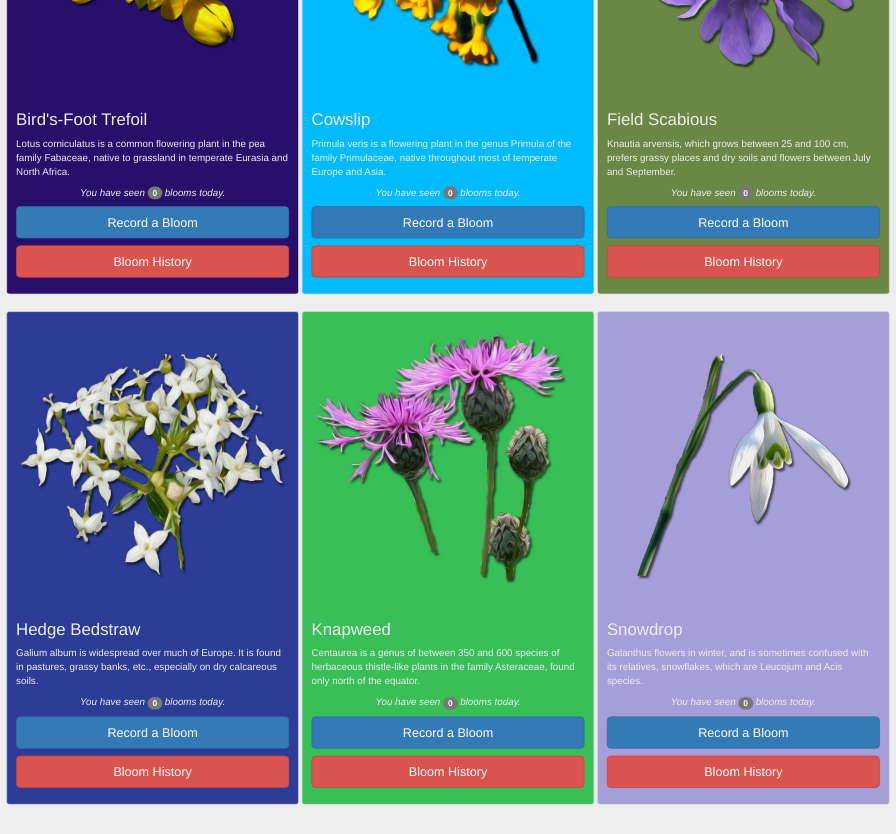
Repository: cachao/clh-flowerspotter
Page: clh-flowerspotter.html
The author's editor kept a record of every edit. The page is drawn from the files as they stood at one moment, then again after the next edit.
The browser window is 1280 px wide. The pictures show the part of the page from y = 831 to 2751 px (the page is 2023 px tall before and 2751 px after), at 70% of full size.
Some web libraries are served in a nearby version.

Above is the page before.
Console error: SyntaxError: Unexpected token '}'

### clh-flowerspotter.html
<!DOCTYPE html>
<html lang="en-us">

<head>
    <meta charset="utf-8">
    <title></title>
    <link rel="stylesheet" href="//netdna.bootstrapcdn.com/bootstrap/3.0.0/css/bootstrap.min.css">
    <script src="//code.jquery.com/jquery-1.11.0.min.js"></script>
    <script src='clh-fs-workspace.js'></script>

    <style>
        body {
            background-color: #eee;
        }
        btn-list {
            padding-left: 40px;
            float: right;
        }
        .col-lg-4, .col-sm-6, .col-xs-12 {
            padding-right: 2px;
            padding-left: 2px;
            padding-bottom: 2px;
            padding-top: 2px;
        }
        .row {
            padding-left: 2px;
            padding-right: 2px;
        }
        .container-fluid {
            padding: 20px;
        }
        .thumbnail .caption {
            color: #eee;
        }
        #birdsfoot-box {
            background-color: #280f6b;
        }
        #cowslip-box {
            background-color: #00bbfe;
        }
        #scabious-box {
            background-color: #6a8745;
        }
        #bedstraw-box {
            background-color: #2d3c97;
        }
        #knapweed-box {
            background-color: #38bf58;
        }
        #snowdrop-box {
            background-color: #a69ed9;
        }
    </style>

</head>

<body>
<span id="passer" data-value="5"></span>
    <div class="container-fluid">
        <div class="jumbotron">
            <h1>Climate Calendar / Calendr Hinsawdd</h1>
            <p>The wildflowers planted in this dry stone wall are all part of the local flower palate that changes through the seasons. They are planted to bloom through the year in order from north to south (or left to right as you face the wooden fence) during the months indicated: a calendar of flowers. As climate change brings warmer springs and shorter winters, the blooms may appear outside their start month, or open out of order. Dry stone wall built by Aeryn Jones.</p>
            <p>Mae’r blodau gwyllt sydd wedi’u plannu yn y wal gerrig hon i gyd yn rhan o’r darlun blodau lleol sy’n newid gyda’r tymhorau. Maen nhw wedi’u plannu i flodeuo trwy gydol y flwyddyn mewn trefn o’r gogledd i’r de (neu o’r chwith i’r dde wrth i chi wynebu’r ffens pren) yn ystod y misoedd a ddangosir: sef calendr o flodau. Wrth i newid yn yr hinsawdd ddod â gwanwynau cynhesach a gaeafau byrrach, gall y blodau ymddangos y tu allan i’w mis dechreuol, neu agor mewn gwahanol drefn. Aeryn Jones adeiladodd y wall gerrig.</p>
        </div>
        <div class="row">
            <div class="col-lg-4 col-md-4 col-sm-6 col-xs-12">
                <div class="thumbnail" id="birdsfoot-box">
                    <img src="500_Birdsfoot Trefoil.jpg" class="img-responsive" alt="Birdsfoot Trefoil">
                    <div class="caption">
                        <h3>Bird's-Foot Trefoil</h3>
                        <p>Lotus corniculatus is a common flowering plant in the pea family Fabaceae, native to grassland in temperate Eurasia and North Africa.</p>
                        <p align="center"><em>You have seen </em><span class="badge">0</span><em> blooms today.</em></p>
                        <p><button type="button" class="btn btn-primary btn-lg btn-block flower" data-flower-type="Bird's-foot Trefoil">Record a Bloom</button><p>
                        <p><button type="button" class="btn btn-danger btn-lg btn-block report">Bloom History</button></p>
                    </div>
                </div>
            </div>
            <div class="col-lg-4 col-md-4 col-sm-6 col-xs-12">
                <div class="thumbnail" id="cowslip-box">
                    <img src="500_Cowslip.jpg" class="img-responsive" alt="Cowslips">
                    <div class="caption">
                        <h3>Cowslip</h3>
                        <p>Primula veris is a flowering plant in the genus Primula of the family Primulaceae, native throughout most of temperate Europe and Asia.</p>
                        <p align="center"><em>You have seen </em><span class="badge">0</span><em> blooms today.</em></p>
                        <p><button type="button" class="btn btn-primary btn-lg btn-block flower" data-flower-type="Cowslip">Record a Bloom</button></p>
                        <p><a href="#" class="btn btn-danger btn-lg btn-block" role="button">Bloom History</a></p>
                    </div>
                </div>
            </div>
            <div class="col-lg-4 col-md-4 col-sm-6 col-xs-12">
                <div class="thumbnail" id="scabious-box">
                    <img src="500_Field Scabious.jpg" class="img-responsive" alt="Field Scabious">
                    <div class="caption">
                        <h3>Field Scabious</h3>
                        <p>Knautia arvensis, which grows between 25 and 100 cm, prefers grassy places and dry soils and flowers between July and September.</p>
                        <p align="center"><em>You have seen </em><span class="badge">0</span><em> blooms today.</em></p>
                        <p><button type="button" class="btn btn-primary btn-lg btn-block flower" data-flower-type="Field Scabious">Record a Bloom</button></p>
                        <p><a href="#" class="btn btn-danger btn-lg btn-block" role="button">Bloom History</a></p>
                    </div>
                </div>
            </div>
            <div class="col-lg-4 col-md-4 col-sm-6 col-xs-12">
                <div class="thumbnail" id="bedstraw-box">
                    <img src="500_Hedge Bedstraw.jpg" class="img-responsive" alt="Hedge Bedstraw">
                    <div class="caption">
                        <h3>Hedge Bedstraw</h3>
                        <p>Galium album is widespread over much of Europe. It is found in pastures, grassy banks, etc., especially on dry calcareous soils.</p>
                        <p align="center"><em>You have seen </em><span class="badge">0</span><em> blooms today.</em></p>
                        <p><button type="button" class="btn btn-primary btn-lg btn-block flower" data-flower-type="Hedge Bedstraw">Record a Bloom</button></p>
                        <p><a href="#" class="btn btn-danger btn-lg btn-block" role="button">Bloom History</a></p>
                    </div>
                </div>
            </div>
            <div class="col-lg-4 col-md-4 col-sm-6 col-xs-12">
                <div class="thumbnail" id="knapweed-box">
                    <img src="500_Knapweed.jpg" class="img-responsive" alt="Knapweed">
                    <div class="caption">
                        <h3>Knapweed</h3>
                        <p>Centaurea is a genus of between 350 and 600 species of herbaceous thistle-like plants in the family Asteraceae, found only north of the equator.</p>
                        <p align="center"><em>You have seen </em><span class="badge">0</span><em> blooms today.</em></p>
                        <p><button type="button" class="btn btn-primary btn-lg btn-block flower" data-flower-type="Knapweed">Record a Bloom</button></p>
                        <p><a href="#" class="btn btn-danger btn-lg btn-block" role="button">Bloom History</a></p>
                    </div>
                </div>
            </div>
            <div class="col-lg-4 col-md-4 col-sm-6 col-xs-12">
                <div class="thumbnail" id="snowdrop-box">
                    <img src="500_Snowdrop.jpg" class="img-responsive" alt="Snowdrop">
                    <div class="caption">
                        <h3>Snowdrop</h3>
                        <p>Galanthus flowers in winter, and is sometimes confused with its relatives, snowflakes, which are Leucojum and Acis species.</p>
                        <p align="center"><em>You have seen </em><span class="badge">0</span><em> blooms today.</em></p>
                        <p><button type="button" class="btn btn-primary btn-lg btn-block flower" data-flower-type="Snowdrop">Record a Bloom</button></p>
                        <p><a href="#" class="btn btn-danger btn-lg btn-block" role="button">Bloom History</a></p>
                    </div>
                </div>
            </div>
        </div>
    </div>
</body>

</html>

### clh-fs-workspace.js
$(document).ready(function() {

    $(".graphs").toggle();

    //Flower sighting button listener

    $('.flower').on('click', function() {
        //part 1: run the AJAX function
        var flowerType = $(this).attr('data-flower-type');
        iSee(flowerType);
        console.log(flowerType);
        //part 2: increase the daily counter
        var flowerCount = $(this).closest(".caption").find(".badge").text();
        var newFlowerCount = parseInt(flowerCount) + 1;
        $(this).closest(".caption").find(".badge").text(newFlowerCount);
    });

    //Count this season? Of the Day?

    /*$('.flower').each(function() {
        var flower = $(this).attr('data-flower-type');
        console.log(flower);
        var i = new Date();
        var day = i.getDate();
        console.log(day);
        getReport(flower, day);
        $(this).closest(".caption").find(".badge").text("yo");
    });*/

    //Get Report
    $('.report').on('click', function() {
        var flower = $(this).attr("data-flower-type");
        //...
        //part 1: make room for report
        $(this).closest(".thumbnail").children().not(".img-responsive").toggle()
        //part 2: print data
        var flower =
    });


});

//Sending flower sightings to Apigee

function iSee(thisFlower) {

    $.ajax({
        'url': 'http://api.usergrid.com/cchao/clh-flowerspotter/flowers',
        'type': 'POST',
        'data': JSON.stringify({
            flowerType: thisFlower
        }),
        'success': function(data) {
            console.log(data);
        }
    });
}

//Calling seasonal information

//part 1: define AJAX search parameters
function getRange(flower, day) { //doing "day" for now, eventually will need to do "year"

    var startRange = new Date();
    startRange.setDate(day);
    startRange.setHours(0);
    startRange.setMinutes(1);

    var endRange = new Date();
    endRange.setDate(startRange.getDate() + 1);
    startRange.setHours(0);
    startRange.setMinutes(1);

    return {
        ql: "select * where flowerType='" + flower + "'" and created gte " + startRange.getTime() + " and created lte " + endRange.getTime() + " order by created asc",
        limit: 1000
    }
}

//part 2: run the AJAX request, and divy up the data into variables

//Trying to save the bloomCount variable from getReport function... How do I hold on to a local variable once a function resolves?

//Unsuccessful trial #1
/*function totalBlooms (flower, day) {
    var bloomCount = getReport (flower, day);
    return (bloomCount);*/

function getReport(flower, day) {
    $.ajax({
        url: "https://api.usergrid.com/cchao/clh-flowerspotter/flowers?ql=",
        type: "GET",
        data: getRange(flower, day),

        success: function(data) {

            console.log(data);

            var bloomCount = data.entities.length;
            var lastBloom = data.entities.length - 1;
            var bloomRange = data.entities[lastBloom].getTime - data.entities[0].getTime;
            return (data.entities.length);
        }

    })
}

//Unsuccessful trial #2
/*function bloomPasser(x) {
    return(x);
}*/

After the next edit:
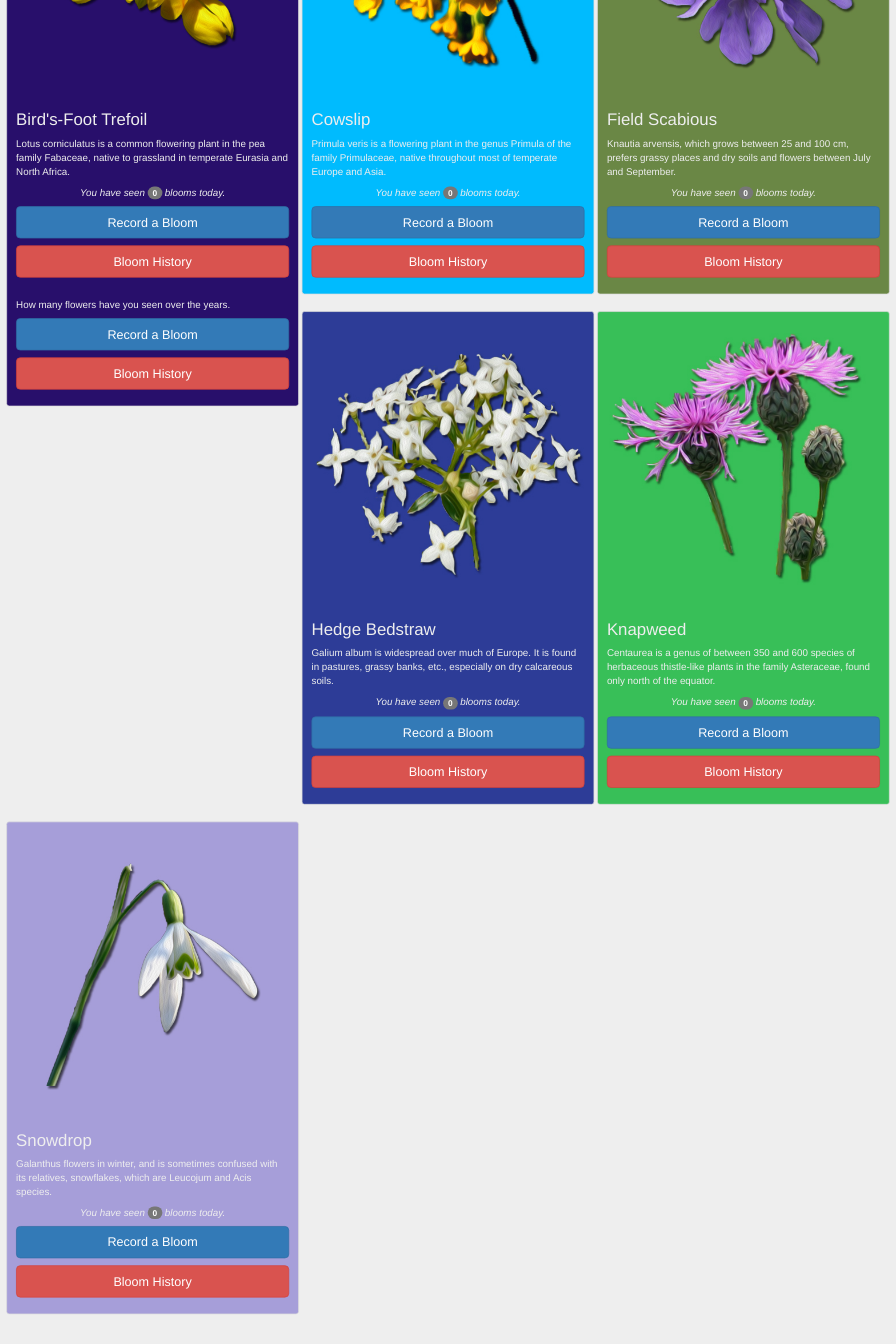
The edit:
--- a/clh-flowerspotter.html
+++ b/clh-flowerspotter.html
@@ -73,6 +73,12 @@
                         <p><button type="button" class="btn btn-primary btn-lg btn-block flower" data-flower-type="Bird's-foot Trefoil">Record a Bloom</button><p>
                         <p><button type="button" class="btn btn-danger btn-lg btn-block report">Bloom History</button></p>
                     </div>
+                    <div class="caption graphs">
+
+                        <p>How many flowers have you seen over the years.</p>
+                        <p><button type="button" class="btn btn-primary btn-lg btn-block flower" data-flower-type="Bird's-foot Trefoil">Record a Bloom</button><p>
+                        <p><button type="button" class="btn btn-danger btn-lg btn-block report">Bloom History</button></p>
+                    </div>
                 </div>
             </div>
             <div class="col-lg-4 col-md-4 col-sm-6 col-xs-12">
